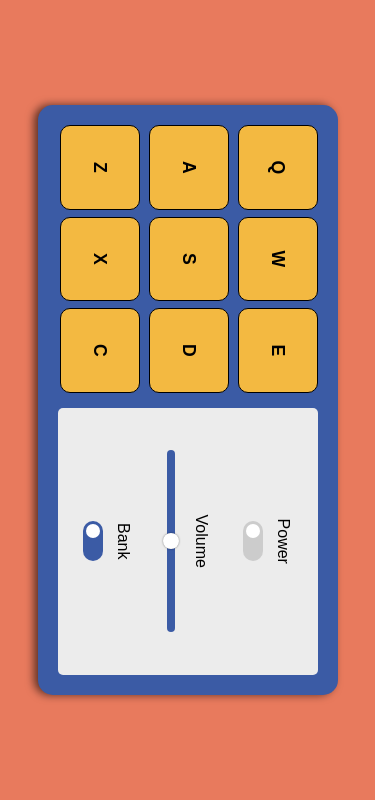
Repository: alfredoleano/drum-machine
Page: /
These files come from the project's save history. The page is drawn as it stood at one moment and after the next save; the edit follows.
The browser window is 375 px wide. The pictures show the whole page.
The project was rebuilt for these pictures with package versions that can differ from the ones it lists, and the page was loaded fresh each time.

Above is the page before, as saved 2024-06-14 13:38:20.

### src/App.js
import { useCallback, useEffect, useState } from 'react';
import './App.css';
import './styles.scss';

function App() {
  const bank1 = {
    Q: 'sounds/Heater-1.mp3',
    W: 'sounds/Heater-2.mp3',
    E: 'sounds/Heater-3.mp3',
    A: 'sounds/Heater-4_1.mp3',
    S: 'sounds/Heater-6.mp3',
    D: 'sounds/Dsc_Oh.mp3',
    Z: 'sounds/Kick_n_Hat.mp3',
    X: 'sounds/RP4_KICK_1.mp3',
    C: 'sounds/Cev_H2.mp3'
  };

  const bank2 = {
    Q: 'sounds/piano.mp3',
    W: 'sounds/jazz.wav',
    E: 'sounds/bangu.wav',
    A: 'sounds/num.wav',
    S: 'sounds/stroke.wav',
    D: 'sounds/cymbals.wav',
    Z: 'sounds/tom.wav',
    X: 'sounds/kick.wav',
    C: 'sounds/snare.wav'
  };

  const [volume, setVolume] = useState(50); // initial sound value
  const [power, setPower] = useState(false); //initial power volume
  const [bank, setBank] = useState(bank1); // initial bank value
  const [isBank1, setIsBank1] = useState(true); // initial bank toggle state

  // Function to change volume
  const changeVolume = (event) => {
    setVolume(event.target.value); // Update the state with current value of the volume slider
  };

  // Function to toggle power
  const togglePower = () => {
    setPower(!power);
  };

  // Function to switch Banks
  const toggleBank = () => {
    setBank(isBank1 ? bank2 : bank1);
    setIsBank1(!isBank1);
  }

  // Function to play sound
  const playSound = useCallback((id) => {
    if(!power) return; // Check if the power is on
    const audio = new Audio(bank[id]);
    audio.volume = volume / 100; // initial sound volume
    audio.currentTime = 0; // Set audio to beginning
    audio.play();
  }, [power, volume, bank]);

  // Use useEffect to add event listener for keydown events
  useEffect(() => {
    // Make the approptiate key play the approptiate sound
    const handleKeydown = (event) => {
      const key = event.key.toUpperCase();
      if(['Q', 'W', 'E', 'A', 'S', 'D', 'Z', 'X', 'C'].includes(key)) {
        playSound(key);

        // Add active class to the button
        const button = document.getElementById(`button-${key}`);
        if(button) {
          button.classList.add('active');
        }
      }
    };

    const handleKeyup = (event) => {
      const key = event.key.toUpperCase();
      if (['Q', 'W', 'E', 'A', 'S', 'D', 'Z', 'X', 'C'].includes(key)) {
        // Remove active class from the button
        const button = document.getElementById(`button-${key}`);
        if (button) {
          button.classList.remove('active');
        }
      }
    };

    // Add keydown event listener
    window.addEventListener('keydown', handleKeydown);
    window.addEventListener('keyup', handleKeyup);

    // Cleanup event listener on component unmount
    return () => {
      window.removeEventListener('keydown', handleKeydown);
      window.removeEventListener('keyup', handleKeyup);
    };
  }, [playSound]);

  return (
    <div className="App">
      <div id='drum-machine'>
        <div id='display'>
          <div className='buttons-grid'>
            <button id="button-Q" onClick={() => playSound('Q')}>Q</button>
            <button id="button-W" onClick={() => playSound('W')}>W</button>
            <button id="button-E" onClick={() => playSound('E')}>E</button>
            <button id="button-A" onClick={() => playSound('A')}>A</button>
            <button id="button-S" onClick={() => playSound('S')}>S</button>
            <button id="button-D" onClick={() => playSound('D')}>D</button>
            <button id="button-Z" onClick={() => playSound('Z')}>Z</button>
            <button id="button-X" onClick={() => playSound('X')}>X</button>
            <button id="button-C" onClick={() => playSound('C')}>C</button>
          </div>

          <div className='controls'>
            <div className='settings'>
              <label>Power</label>
              {/* Rounded switch */}
              <label className="switch">
                <input type="checkbox" checked={power} onChange={togglePower}/>
                <span className="slider round"></span>
              </label>
            </div>

            <div className='settings'>
              <label>Volume</label>
              <input
                type='range'
                min={0}
                max={100}
                value={volume}
                onChange={changeVolume}
                className='blue'
              />
            </div>

            <div className='settings'>
              <label>Bank</label>
              <label className="switch">
                <input type="checkbox" checked={!isBank1} onChange={toggleBank}/>
                <span className="slider bank"></span>
              </label>
            </div>
          </div>
        </div>
      </div>
    </div>
  );
}

export default App;

### src/styles.scss
$primary-color: #E87A5D;
$secondary-color: #F3B941;
$tertiary-color: #3B5BA5;

/* Apply box-sizing: border-box globally */
*,
*::before,
*::after {
  box-sizing: border-box;
}

body {
  box-sizing: border-box;
  font-family: Arial, sans-serif;
  background-color: $primary-color;
  margin: 0;
  padding: 0;
  height: 100vh;
  // display: flex;
  // align-items: center;
  // justify-content: center;
}

#drum-machine {
  width: 100vw;
  height: 100vh;
  display: flex;
  align-items: center;
  justify-content: center;
  // background-color: greenyellow;
}

#display {
  background-color: $tertiary-color;
  width: 85%;
  max-width: 590px;
  margin: 30px auto;
  padding: 20px;
  border-radius: 15px;
  box-shadow: 0 4px 8px rgba(0, 0, 0, 0.6); /* Subtle shadow */
  display: grid;
  grid-template-columns: 1fr 1fr;
  grid-auto-columns: min-content;
  gap: 15px;
}

.buttons-grid {
  display: grid;
  grid-template-columns: repeat(3, 1fr);
  grid-template-rows: repeat(3, 1fr);
  gap: 7px;
  width: 100%;
}

.buttons-grid button {
  width: 100%px;
  height: 80px;
  // width: 100%;
  // height: 100%;
  border-radius: 10px;
  border: 1px solid #000;
  // border: none;
  font-weight: 800;
  font-size: 1.1rem;
  cursor: pointer;
  outline: none;
  background-color: #F3B941;
}

.buttons-grid button:active {
  background-color: #f1c979;
}

// For keydown event
.buttons-grid button.active {
  background-color: #f1c979;
}

.controls {
  padding: 10px;
  width: 100%;
  display: flex;
  align-items: center;
  justify-content: center;
  flex-direction: column;
  border-radius: 5px;
  background-color: #ececec;
}

.settings {
  display: flex;
  flex-direction: column;
  justify-content: space-around;
  align-items: center;
  padding: 10px;
  height: 35%;
  width: 100%;
}


/********************* Rounded switch styling ***********************/

/* The switch - the box around the slider */
.switch {
  position: relative;
  display: inline-block;
  width: 40px;
  height: 20px;
  // margin-top: 5px;
}

/* Hide default HTML checkbox */
.switch input {
  opacity: 0;
  width: 0;
  height: 0;
}

/* The slider */
.slider {
  position: absolute;
  cursor: pointer;
  top: 0;
  left: 0;
  right: 0;
  bottom: 0;
  background-color: #ccc;
  -webkit-transition: .4s;
  transition: .4s;
  border-radius: 25px;
}

.slider.bank {
  background: $tertiary-color;
}

.slider:before {
  position: absolute;
  content: "";
  height: 14px;
  width: 14px;
  left: 3px;
  bottom: 3px;
  background-color: white;
  -webkit-transition: .4s;
  transition: .4s;
  border-radius: 50%;
}

input:checked + .slider {
  background-color: $tertiary-color;
}

input:focus + .slider {
  box-shadow: 0 0 1px $tertiary-color;
}

input:checked + .slider:before {
  -webkit-transform: translateX(20px);
  -ms-transform: translateX(20px);
  transform: translateX(20px);
}

/* Rounded sliders */
.slider.round {
  border-radius: 34px;
}

.slider.round:before {
  border-radius: 50%;
}


/********************* Volume slider styling ***********************/
/* Style the range input */
input[type="range"] {
  appearance: none; /* Standard property */
  -webkit-appearance: none; /* WebKit browsers (Chrome, Safari, iOS) */
  -moz-appearance: none; /* Firefox */
  -ms-appearance: none; /* Internet Explorer and Edge */
  width: 80%;
  height: 8px; /* Adjust height as needed */
  background: $tertiary-color; /* Track color */
  border-radius: 5px;
  outline: none;
  opacity: 1;
  transition: opacity .2s;
}

/* Style the thumb for WebKit browsers (e.g., Chrome, Safari) */
input[type="range"]::-webkit-slider-thumb {
  -webkit-appearance: none; /* Remove default styling */
  appearance: none;
  width: 16px; /* Adjust thumb width as needed */
  height: 16px; /* Adjust thumb height as needed */
  background: #ffffff; /* Thumb color */
  border-radius: 50%; /* Make thumb round */
  cursor: pointer;
  box-shadow: 0 0 2px rgba(0, 0, 0, 0.5);
}


/* Style the thumb for Firefox */
input[type="range"]::-moz-range-thumb {
  -moz-appearance: none; /* Remove default styling */
  appearance: none; /* Standard property */
  width: 16px; /* Adjust thumb width as needed */
  height: 16px; /* Adjust thumb height as needed */
  background: #ffffff; /* Thumb color */
  border-radius: 50%; /* Make thumb round */
  cursor: pointer;
  box-shadow: 0 0 2px rgba(0, 0, 0, 0.5);
}

/* Style the thumb for Internet Explorer */
input[type="range"]::-ms-thumb {
  -ms-appearance: none; /* Remove default styling */
  appearance: none; /* Standard property */
  width: 16px; /* Adjust thumb width as needed */
  height: 16px; /* Adjust thumb height as needed */
  background: #ffffff; /* Thumb color */
  border-radius: 50%; /* Make thumb round */
  cursor: pointer;
  box-shadow: 0 0 2px rgba(0, 0, 0, 0.5);
}

/* Style the track for Internet Explorer */
input[type="range"]::-ms-track {
  width: 75%;
  height: 8px; /* Adjust height as needed */
  background: $tertiary-color; /* Track color */
  border-color: transparent;
  color: transparent;
  border-radius: 5px;
}

/******************** Mobile Design **********************/
@media screen and (max-width: 490px) {
  // body {
  //   display: flex;
  //   justify-content: center;
  //   align-items: center;
  // }

  // #drum-machine {
  //   height: 100vh;
  //   width: 100vw;
  //   // background-color: pink;
  // }

  // #display {
  //   width: 700px;
  //   height: 85vw;
  //   transform: rotate(90deg);
  //   transform-origin: center;
  // }

  body {
    display: flex;
    justify-content: center;
    align-items: center;
    overflow: scroll; /* Prevents scrollbars from appearing */
  }

  #drum-machine {
    height: 100vh;
    width: 100vw;
    position: relative; /* Allows child absolute positioning */
    // background-color: pink;
  }

  #display {
    position: absolute;
    width: 590px; /* Adjusted width to fit within viewport height when rotated */
    height: 80vw; /* Adjusted height to fit within viewport width when rotated */
    // left: 50%; /* Centers the element horizontally */
    // top: 50%;  /* Centers the element vertically */
    transform: rotate(90deg); /* Adjusts positioning and rotates */
    transform-origin: center center;
    top: 0;
    bottom: 0;
    margin-top: auto;
    margin-bottom: auto;
  }
}

Loaded but not shown: public/index.html (common file); src/index.js (common file); src/index.css (common file); src/reportWebVitals.js (common file); src/App.css (common file)

After the next save:
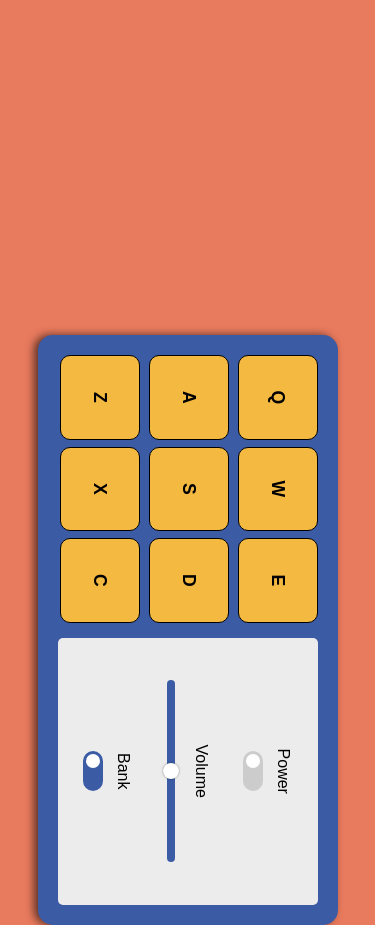
Saved 34 s later.
--- a/src/styles.scss
+++ b/src/styles.scss
@@ -280,6 +280,6 @@
     top: 0;
     bottom: 0;
     margin-top: auto;
-    margin-bottom: auto;
+    margin-bottom: 20px;
   }
 }

After the save that followed:
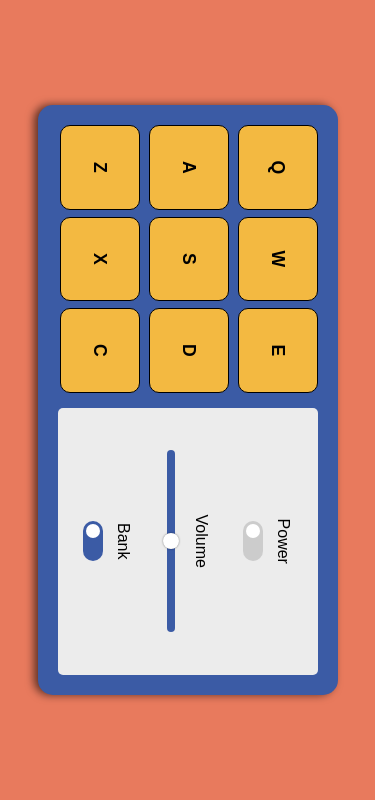
Saved 9 s later.
--- a/src/styles.scss
+++ b/src/styles.scss
@@ -280,6 +280,6 @@
     top: 0;
     bottom: 0;
     margin-top: auto;
-    margin-bottom: 20px;
+    margin-bottom: auto;
   }
 }
